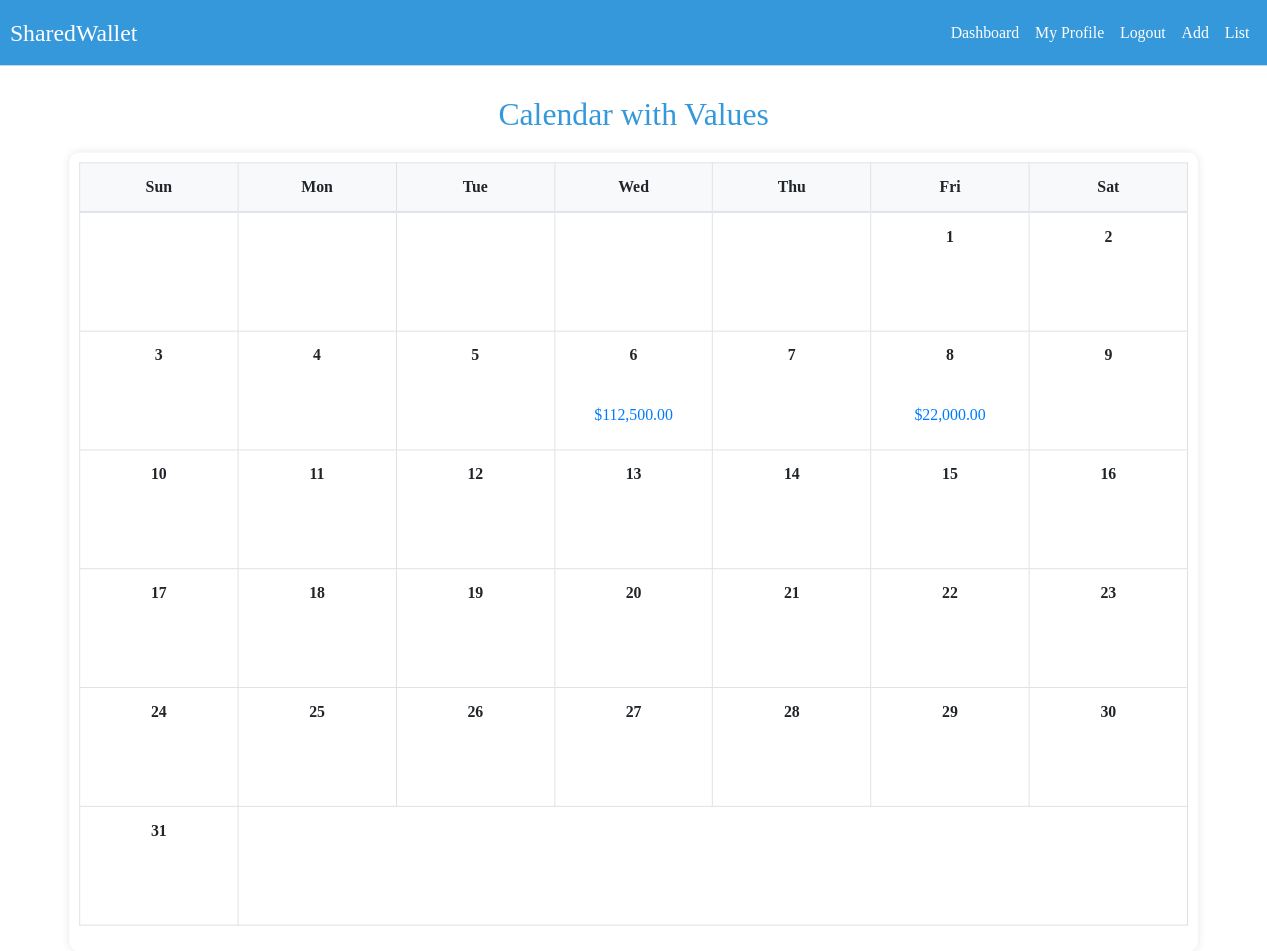
Repository: YoonHakyoung/SharedWallet
Page: http://localhost/Final_Exam/WEB-INF/views/asset/calender.jsp
These files come from the project's save history. The page is drawn as it stood at one moment and after the next save; the edit follows.
The browser window is 1280 px wide. The pictures show the whole page, at 99% of full size.
Some web fonts or font styles are not loaded; a fallback is used. The page is served by Tomcat 9. Nobody is signed in. The template is opened directly, without the code that normally fills it, so the values that code supplies are empty.

Above is the page before, as saved 2023-12-10 07:30:55.

After the next save:
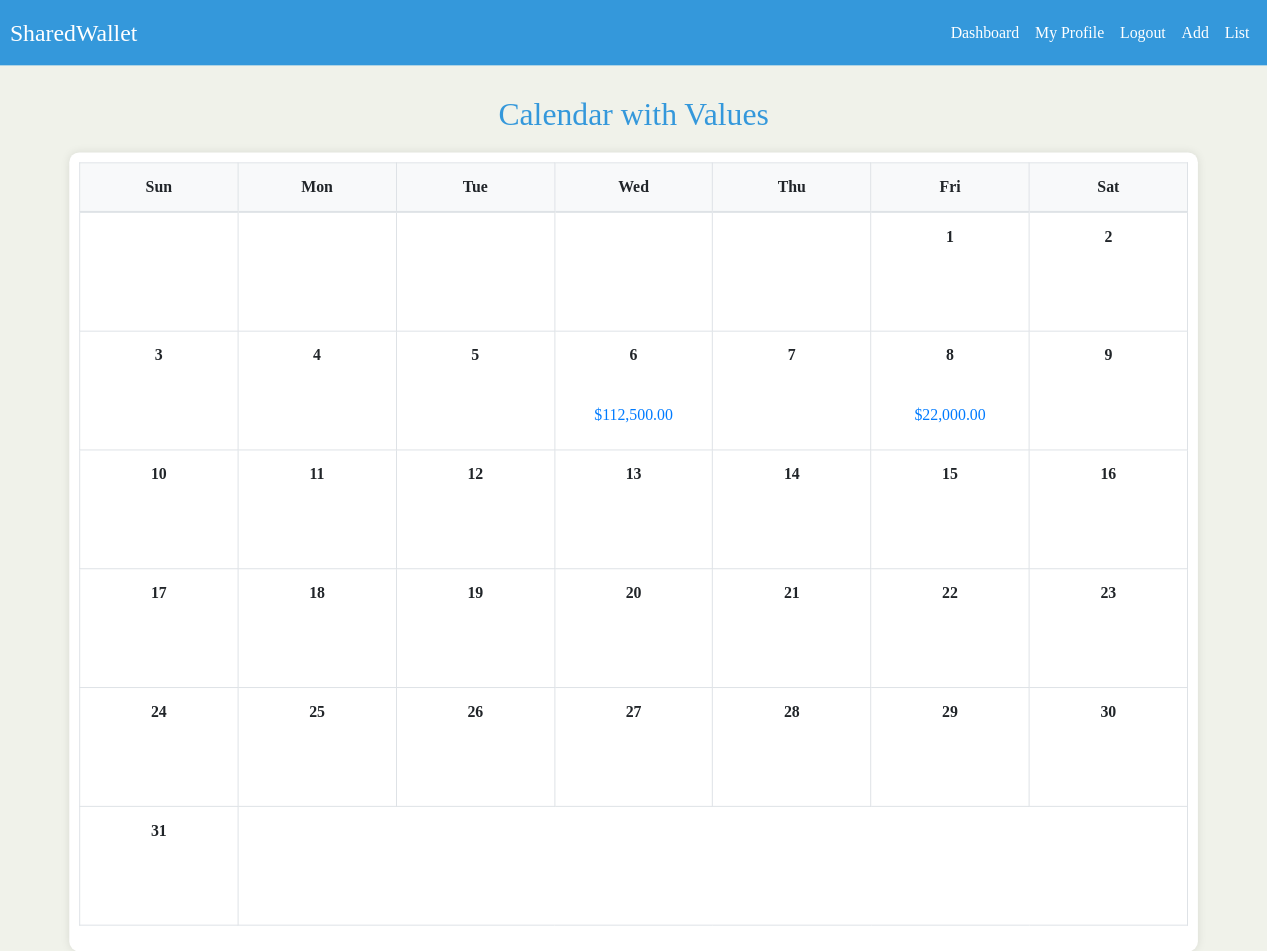
Saved 24 s later.
--- a/Spring/Project/Final Exam/src/main/webapp/WEB-INF/views/asset/calender.jsp
+++ b/Spring/Project/Final Exam/src/main/webapp/WEB-INF/views/asset/calender.jsp
@@ -22,6 +22,7 @@
         }
         body{
         	font-family: 'SUITE-Regular';
+        	background-color: #f0f2ea;
         }
 
         table {
